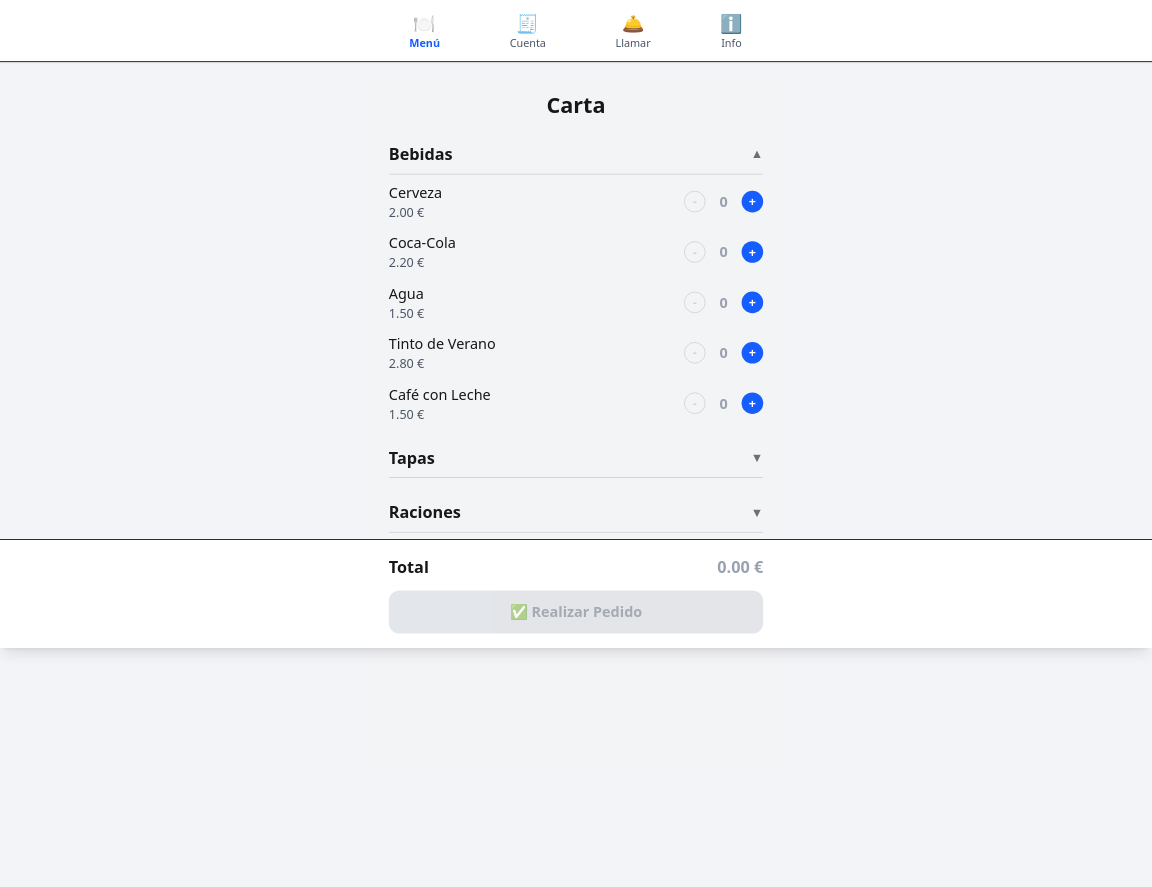
Repository: jrcardenas/sirvaapp
Page: /menu
These files come from the project's save history. The page is drawn as it stood at one moment and after a run of saves; the edit follows.
The browser window is 1280 px wide. The pictures show the whole page, at 90% of full size.
The project was rebuilt for these pictures with package versions that can differ from the ones it lists, and the page was loaded fresh each time. The framework's server and built-in components were replaced by stand-ins that run in the browser. Also part of the build but not shown: next.config.ts.

Above is the page before, as saved 2025-11-02 12:31:10.

### app/layout.tsx
import type { Metadata } from "next";
import "./globals.css";
import "./styles/theme.css";
import Header from "@/components/layout/Header";

export const metadata: Metadata = {
  title: "SirvaApp",
  description: "Pide desde tu mesa. Sirve más rápido.",
};

export default function RootLayout({ children }: { children: React.ReactNode }) {
  return (
    <html lang="es">
      <body className="bg-[var(--color-background)] text-[var(--color-text-dark)]">
        {/* ✅ Navegación principal arriba */}
        <Header />

        {/* ✅ Espacio suficiente para footer del pedido */}
        <main className="pt-4 pb-32 max-w-md mx-auto">
          {children}
        </main>
      </body>
    </html>
  );
}

### app/menu/page.tsx
"use client";

import { useState } from "react";
import Button from "@/components/ui/Button";
import { useCartStore } from "@/store/cartStore";

export default function MenuPage() {
  const { addItem, changeQty, items, removeItem, clearCart } = useCartStore();
  const [openCategory, setOpenCategory] = useState<string | null>("Bebidas");

  const productos = [
    { id: "1", categoria: "Bebidas", nombre: "Cerveza", precio: 2.0 },
    { id: "2", categoria: "Bebidas", nombre: "Coca-Cola", precio: 2.2 },
    { id: "3", categoria: "Bebidas", nombre: "Agua", precio: 1.5 },
    { id: "4", categoria: "Bebidas", nombre: "Tinto de Verano", precio: 2.8 },
    { id: "5", categoria: "Bebidas", nombre: "Café con Leche", precio: 1.5 },
    { id: "6", categoria: "Tapas", nombre: "Patatas Bravas", precio: 4.0 },
    { id: "7", categoria: "Tapas", nombre: "Croquetas", precio: 4.5 },
    { id: "8", categoria: "Tapas", nombre: "Tortilla Española", precio: 3.5 },
    { id: "9", categoria: "Tapas", nombre: "Calamares", precio: 5.5 },
    { id: "10", categoria: "Raciones", nombre: "Jamón Ibérico", precio: 9.5 },
    { id: "11", categoria: "Raciones", nombre: "Gambas al Ajillo", precio: 10.5 },
    { id: "12", categoria: "Raciones", nombre: "Huevos Rotos", precio: 8.5 },
    { id: "13", categoria: "Bocadillos", nombre: "Bocadillo de Lomo", precio: 4.5 },
    { id: "14", categoria: "Bocadillos", nombre: "Bocadillo Vegetal", precio: 4.2 },
    { id: "15", categoria: "Bocadillos", nombre: "Perrito Caliente", precio: 4.0 },
    { id: "16", categoria: "Postres", nombre: "Tarta de Queso", precio: 4.8 },
    { id: "17", categoria: "Postres", nombre: "Helado 2 bolas", precio: 3.2 },
    { id: "18", categoria: "Postres", nombre: "Flan Casero", precio: 3.5 },
  ];

  const categorias = [...new Set(productos.map((p) => p.categoria))];

  const getQty = (id: string) =>
    items.reduce((acc, p) => (p.id === id ? acc + p.qty : acc), 0);

  const total = items.reduce((acc, p) => acc + p.price * p.qty, 0);

  return (
    <main className="min-h-screen bg-gray-100 p-4 pb-32 max-w-md mx-auto">

      <h1 className="text-2xl font-bold text-center mb-4">Carta</h1>

      {categorias.map((categoria) => (
        <div key={categoria} className="mb-4">
          {/* ✅ Botón categoría */}
          <button
            className="w-full flex justify-between items-center text-lg font-semibold py-2"
            onClick={() =>
              setOpenCategory(openCategory === categoria ? null : categoria)
            }
          >
            {categoria}
            <span className="text-sm opacity-60">
              {openCategory === categoria ? "▲" : "▼"}
            </span>
          </button>

          {/* Separador */}
          <div className="border-t border-gray-300 mb-2"></div>

          {/* ✅ Productos */}
          {openCategory === categoria && (
            <div className="space-y-3">
              {productos
                .filter((p) => p.categoria === categoria)
                .map((item) => {
                  const qty = getQty(item.id);

                  return (
                    <div key={item.id} className="flex justify-between">
                      <div>
                        <p className="font-medium">{item.nombre}</p>
                        <p className="text-gray-600 text-sm">
                          {item.precio.toFixed(2)} €
                        </p>
                      </div>

                      {/* ✅ Controles +/− estilo iOS */}
                      <div className="flex items-center gap-2">
                        <button
                          disabled={qty === 0}
                          onClick={() =>
                            qty <= 1
                              ? removeItem(item.id)
                              : changeQty(item.id, qty - 1)
                          }
                          className={`w-6 h-6 rounded-full border text-sm font-bold
                            ${
                              qty === 0
                                ? "border-gray-300 text-gray-300 cursor-default"
                                : "border-gray-500 text-gray-700"
                            }`}
                        >
                          -
                        </button>

                        <span
                          className={`w-6 text-center font-semibold ${
                            qty === 0 ? "text-gray-400" : "text-black"
                          }`}
                        >
                          {qty}
                        </span>

                        <button
                          className="w-6 h-6 rounded-full bg-blue-600 text-white text-sm font-bold"
                          onClick={() =>
                            addItem({
                              id: item.id,
                              name: item.nombre,
                              price: item.precio,
                              qty: 1,
                            })
                          }
                        >
                          +
                        </button>
                      </div>
                    </div>
                  );
                })}
            </div>
          )}
        </div>
      ))}

      {/* ✅ Footer */}
      <div className="fixed bottom-0 left-0 w-full bg-white border-t shadow-lg">
        <div className="max-w-md mx-auto p-4">
          <div className="flex justify-between mb-3 text-lg font-bold">
            <span>Total</span>
            <span className={total === 0 ? "text-gray-400" : "text-black"}>
              {total.toFixed(2)} €
            </span>
          </div>

          <Button
            fullWidth
            disabled={total === 0}
            className={`${
              total === 0 ? "bg-gray-300 text-gray-500 cursor-not-allowed" : ""
            }`}
            onClick={() => {
              alert("✅ Pedido enviado a cocina!");
              clearCart();
            }}
          >
            ✅ Realizar Pedido
          </Button>
        </div>
      </div>
    </main>
  );
}

### app/globals.css
@import "tailwindcss";

/* Colores base del navegador */
:root {
  --background: #ffffff;
  --foreground: #171717;
}

/* ✅ Variables sincronizadas con el tema */
@theme inline {
  --color-background: var(--background);
  --color-foreground: var(--foreground);
  --font-sans: var(--font-geist-sans);
  --font-mono: var(--font-geist-mono);
}

@media (prefers-color-scheme: dark) {
  :root {
    --background: #0a0a0a;
    --foreground: #ededed;
  }
}

/* ✅ Mantener reset y tipografía */
body {
  background: var(--color-background);
  color: var(--color-foreground);
}

### app/styles/theme.css
:root {
  /* Brand Colors */
  --color-primary: #0066FF; /* Azul más vivo */
  --color-primary-light: #E6F0FF; /* Azul suave para resaltar fondos */

  /* Backgrounds */
  --color-background: #F2F4F7; /* Gris suave de app moderna */
  --color-surface: #FFFFFF; /* Tarjetas y bloques */

  /* Borders */
  --color-border: #D0D5DD; /* Gris con visibilidad real */

  /* Text Colors */
  --color-text-dark: #111827; /* Mejor contraste */
  --color-text-medium: #4B5563;
  --color-text-light: #FFFFFF;

  /* States */
  --color-success: #22C55E;
  --color-danger: #EF4444;
  --color-disabled: #9CA3AF;

  /* Radius & UI */
  --radius: 12px;
  --button-height: 48px;

  /* Shadows */
  --shadow-card: 0px 2px 6px rgba(0, 0, 0, 0.08);
  --shadow-footer: 0px -3px 10px rgba(0, 0, 0, 0.12);
}

### app/components/layout/Header.tsx
"use client";

import Link from "next/link";
import { usePathname } from "next/navigation";

export default function Header() {
  const pathname = usePathname();

  const navItems = [
    { href: "/menu", label: "Menú", icon: "🍽️" },
    { href: "/cuenta", label: "Cuenta", icon: "🧾" },
    { href: "/llamar", label: "Llamar", icon: "🛎️" },
    { href: "/info", label: "Info", icon: "ℹ️" },
  ];

  return (
    <header className="w-full py-3 bg-white border-b shadow-sm">
      <nav className="flex justify-around max-w-md mx-auto text-sm">
        {navItems.map((item) => (
          <Link
            key={item.href}
            href={item.href}
            className={`flex flex-col items-center ${
              pathname === item.href
                ? "text-blue-600 font-bold"
                : "text-gray-600"
            }`}
          >
            <span className="text-xl">{item.icon}</span>
            <span className="text-xs">{item.label}</span>
          </Link>
        ))}
      </nav>
    </header>
  );
}

### app/components/ui/Button.tsx
"use client";

import React from "react";
import Link from "next/link";

type Variant = "primary" | "secondary" | "outline" | "ghost";
type Size = "sm" | "md" | "lg";

type ButtonProps = {
  variant?: Variant;
  size?: Size;
  loading?: boolean;
  fullWidth?: boolean;
  as?: "button" | "link";
  href?: string;
  className?: string;
  children: React.ReactNode;
} & React.ButtonHTMLAttributes<HTMLButtonElement>;

function classes({ variant, size, fullWidth }: { variant: Variant; size: Size; fullWidth?: boolean }) {
  const base =
    "inline-flex items-center justify-center font-semibold transition focus:outline-none focus-visible:ring-2 focus-visible:ring-offset-2";
  const radius = "rounded-[var(--radius)]";
  const width = fullWidth ? "w-full" : "";
  const sizes: Record<Size, string> = {
    sm: "text-sm h-10 px-4",
    md: "text-base h-[var(--button-height)] px-5", // 48px por theme
    lg: "text-base h-14 px-6",
  };
  const variants: Record<Variant, string> = {
    primary:
      "bg-[var(--color-primary)] text-[var(--color-text-light)] hover:opacity-90 focus-visible:ring-[var(--color-primary)]",
    secondary:
      "bg-[var(--color-secondary)] text-[var(--color-text-light)] hover:opacity-90 focus-visible:ring-[var(--color-secondary)]",
    outline:
      "bg-transparent text-[var(--color-text-dark)] border border-[color:var(--color-secondary)]/20 hover:bg-[var(--color-surface)] focus-visible:ring-[var(--color-primary)]",
    ghost:
      "bg-transparent text-[var(--color-text-dark)] hover:bg-[var(--color-surface)] focus-visible:ring-[var(--color-primary)]",
  };

  return [base, radius, width, sizes[size], variants[variant]].join(" ");
}

export default function Button({
  variant = "primary",
  size = "md",
  loading = false,
  fullWidth,
  as = "button",
  href,
  className = "",
  children,
  disabled,
  ...rest
}: ButtonProps) {
  const cls =
    classes({ variant, size, fullWidth }) +
    " " +
    (disabled || loading ? "opacity-60 pointer-events-none" : "") +
    " " +
    className;

  const content = (
    <>
      {loading && (
        <svg
          className="mr-2 animate-spin"
          width="16"
          height="16"
          viewBox="0 0 24 24"
          aria-hidden="true"
        >
          <circle cx="12" cy="12" r="10" stroke="currentColor" strokeWidth="4" fill="none" opacity="0.25" />
          <path d="M22 12a10 10 0 0 1-10 10" fill="none" stroke="currentColor" strokeWidth="4" />
        </svg>
      )}
      {children}
    </>
  );

  if (as === "link" && href) {
    return (
      <Link
        href={href}
        className={cls}
        role="button"
        aria-busy={loading || undefined}
        aria-disabled={disabled || loading || undefined}
      >
        {content}
      </Link>
    );
  }

  return (
    <button
      className={cls}
      disabled={disabled || loading}
      aria-busy={loading || undefined}
      {...rest}
    >
      {content}
    </button>
  );
}

### app/store/cartStore.ts
import { create } from "zustand";

export interface CartItem {
  id: string;
  name: string;
  price: number;
  qty: number;
  note?: string;
}

interface CartState {
  items: CartItem[];
  addItem: (item: CartItem) => void;
  changeQty: (id: string, qty: number) => void;
  removeItem: (id: string, note?: string) => void;
  clearCart: () => void;
  totalItems: number;
  totalAmount: number;
}

export const useCartStore = create<CartState>((set, get) => ({
  items: [],

  addItem: (item) => {
    const exists = get().items.find(
      (i) => i.id === item.id && i.note === item.note
    );

    if (exists) {
      set({
        items: get().items.map((i) =>
          i.id === item.id && i.note === item.note
            ? { ...i, qty: i.qty + item.qty }
            : i
        ),
      });
    } else {
      set({ items: [...get().items, item] });
    }
  },

  changeQty: (id, qty) => {
    if (qty < 1) return; // ✅ regla elegida (A)
    set({
      items: get().items.map((i) =>
        i.id === id ? { ...i, qty } : i
      ),
    });
  },

  removeItem: (id, note) =>
    set({
      items: get().items.filter(
        (i) => !(i.id === id && i.note === note)
      ),
    }),

  clearCart: () => set({ items: [] }),

  get totalItems() {
    return get().items.reduce((acc, i) => acc + i.qty, 0);
  },

  get totalAmount() {
    return get().items.reduce((acc, i) => acc + i.qty * i.price, 0);
  },
}));

After the next 2 saves:
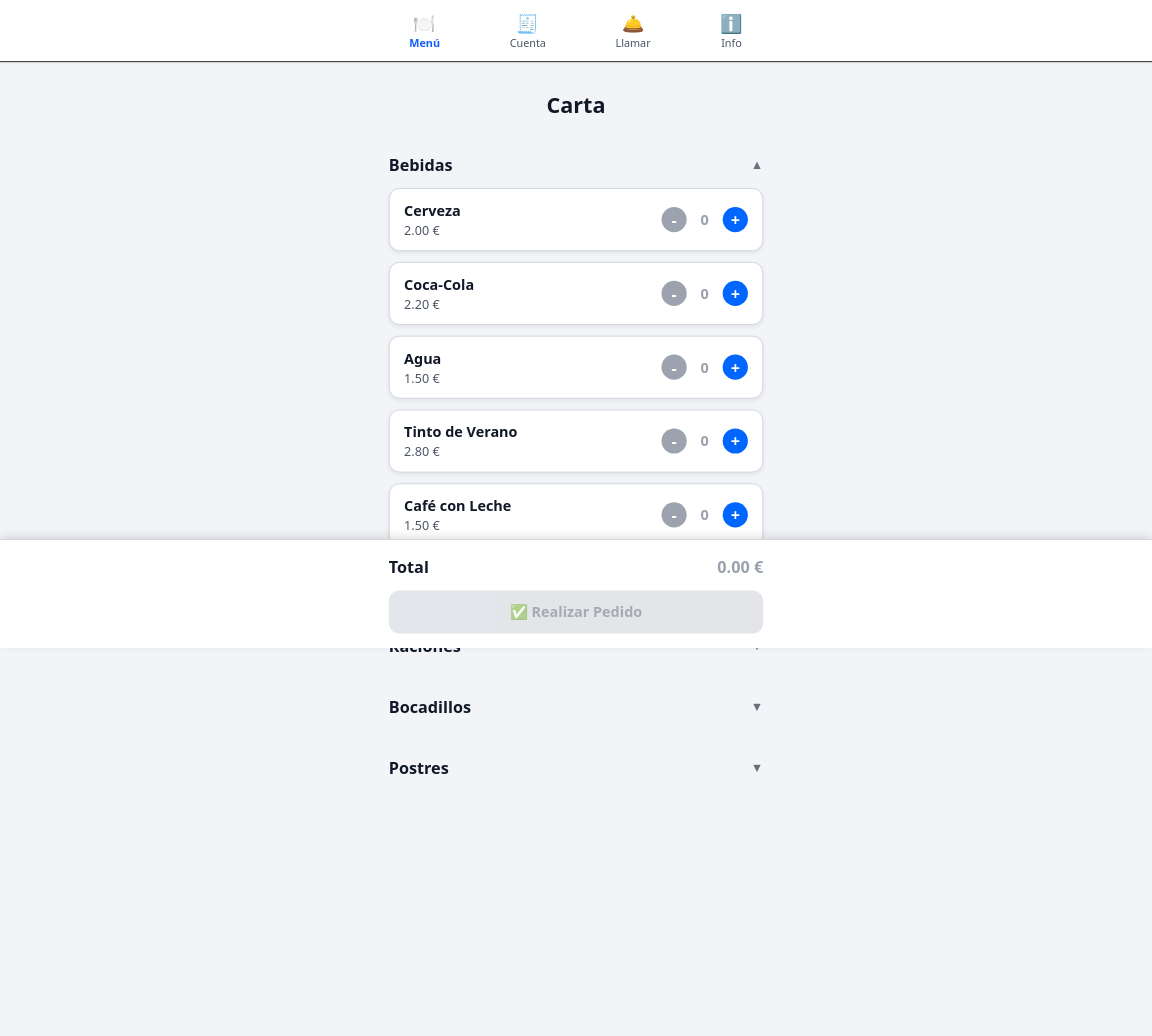
The 2 saves are shown as one change because 1 did not build or start.
The last was saved 53 s later.
--- a/app/menu/page.tsx
+++ b/app/menu/page.tsx
@@ -6,7 +6,7 @@ import { useCartStore } from "@/store/cartStore";
 
 export default function MenuPage() {
   const { addItem, changeQty, items, removeItem, clearCart } = useCartStore();
-  const [openCategory, setOpenCategory] = useState<string | null>("Bebidas");
+  const [openCategory, setOpenCategory] = useState("Bebidas");
 
   const productos = [
     { id: "1", categoria: "Bebidas", nombre: "Cerveza", precio: 2.0 },
@@ -37,15 +37,16 @@ export default function MenuPage() {
   const total = items.reduce((acc, p) => acc + p.price * p.qty, 0);
 
   return (
-    <main className="min-h-screen bg-gray-100 p-4 pb-32 max-w-md mx-auto">
+    <main className="min-h-screen bg-[var(--color-background)] p-4 pb-32 max-w-md mx-auto">
 
-      <h1 className="text-2xl font-bold text-center mb-4">Carta</h1>
+      <h1 className="text-2xl font-bold text-center text-[var(--color-text-dark)] mb-6">
+        Carta
+      </h1>
 
       {categorias.map((categoria) => (
         <div key={categoria} className="mb-4">
-          {/* ✅ Botón categoría */}
           <button
-            className="w-full flex justify-between items-center text-lg font-semibold py-2"
+            className="w-full flex justify-between items-center text-lg font-semibold py-3 text-[var(--color-text-dark)]"
             onClick={() =>
               setOpenCategory(openCategory === categoria ? null : categoria)
             }
@@ -56,10 +57,6 @@ export default function MenuPage() {
             </span>
           </button>
 
-          {/* Separador */}
-          <div className="border-t border-gray-300 mb-2"></div>
-
-          {/* ✅ Productos */}
           {openCategory === categoria && (
             <div className="space-y-3">
               {productos
@@ -68,15 +65,19 @@ export default function MenuPage() {
                   const qty = getQty(item.id);
 
                   return (
-                    <div key={item.id} className="flex justify-between">
+                    <div
+                      key={item.id}
+                      className="bg-[var(--color-surface)] shadow-[var(--shadow-card)] rounded-xl px-4 py-3 flex justify-between items-center border border-[var(--color-border)]"
+                    >
                       <div>
-                        <p className="font-medium">{item.nombre}</p>
-                        <p className="text-gray-600 text-sm">
+                        <p className="font-semibold text-[var(--color-text-dark)]">
+                          {item.nombre}
+                        </p>
+                        <p className="text-[var(--color-text-medium)] text-sm">
                           {item.precio.toFixed(2)} €
                         </p>
                       </div>
 
-                      {/* ✅ Controles +/− estilo iOS */}
                       <div className="flex items-center gap-2">
                         <button
                           disabled={qty === 0}
@@ -85,26 +86,27 @@ export default function MenuPage() {
                               ? removeItem(item.id)
                               : changeQty(item.id, qty - 1)
                           }
-                          className={`w-6 h-6 rounded-full border text-sm font-bold
-                            ${
-                              qty === 0
-                                ? "border-gray-300 text-gray-300 cursor-default"
-                                : "border-gray-500 text-gray-700"
-                            }`}
+                          className={`w-7 h-7 rounded-full text-lg font-bold flex items-center justify-center ${
+                            qty === 0
+                              ? "bg-[var(--color-disabled)] text-white"
+                              : "bg-[var(--color-primary-light)] text-[var(--color-primary)]"
+                          }`}
                         >
                           -
                         </button>
 
                         <span
                           className={`w-6 text-center font-semibold ${
-                            qty === 0 ? "text-gray-400" : "text-black"
+                            qty === 0
+                              ? "text-gray-400"
+                              : "text-[var(--color-text-dark)]"
                           }`}
                         >
                           {qty}
                         </span>
 
                         <button
-                          className="w-6 h-6 rounded-full bg-blue-600 text-white text-sm font-bold"
+                          className="w-7 h-7 bg-[var(--color-primary)] text-white rounded-full text-lg font-bold flex items-center justify-center"
                           onClick={() =>
                             addItem({
                               id: item.id,
@@ -125,12 +127,12 @@ export default function MenuPage() {
         </div>
       ))}
 
-      {/* ✅ Footer */}
-      <div className="fixed bottom-0 left-0 w-full bg-white border-t shadow-lg">
+      {/* ✅ FOOTER */}
+      <div className="fixed bottom-0 left-0 w-full bg-[var(--color-surface)] border-t border-[var(--color-border)] shadow-[var(--shadow-footer)]">
         <div className="max-w-md mx-auto p-4">
-          <div className="flex justify-between mb-3 text-lg font-bold">
+          <div className="flex justify-between mb-3 text-lg font-bold text-[var(--color-text-dark)]">
             <span>Total</span>
-            <span className={total === 0 ? "text-gray-400" : "text-black"}>
+            <span className={total === 0 ? "text-gray-400" : "text-[var(--color-text-dark)]"}>
               {total.toFixed(2)} €
             </span>
           </div>
